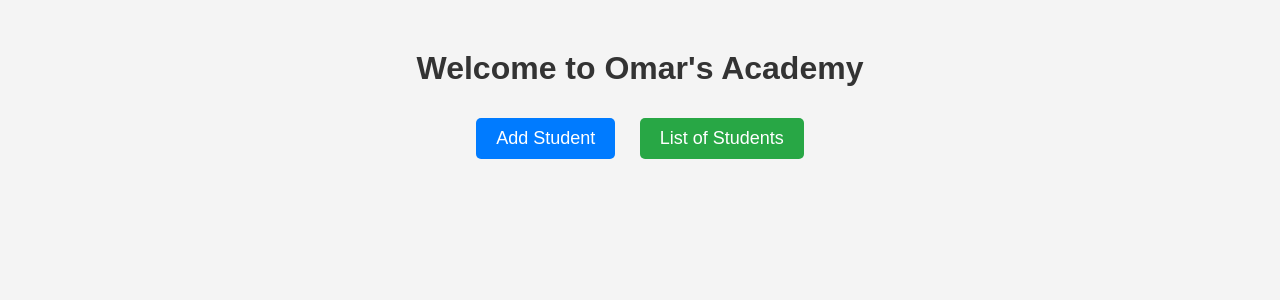
Repository: OmarFaruq97/JspServlet
Page: http://localhost/Form/
The author's editor kept a copy of each file at every save. The page is drawn from the files as they stood at one save, then again after the next save.
The browser window is 1280 px wide. The pictures show the whole page.
The page is served by Tomcat 9.

Above is the page before, as saved 2025-02-07 09:52:28.

After the next save:
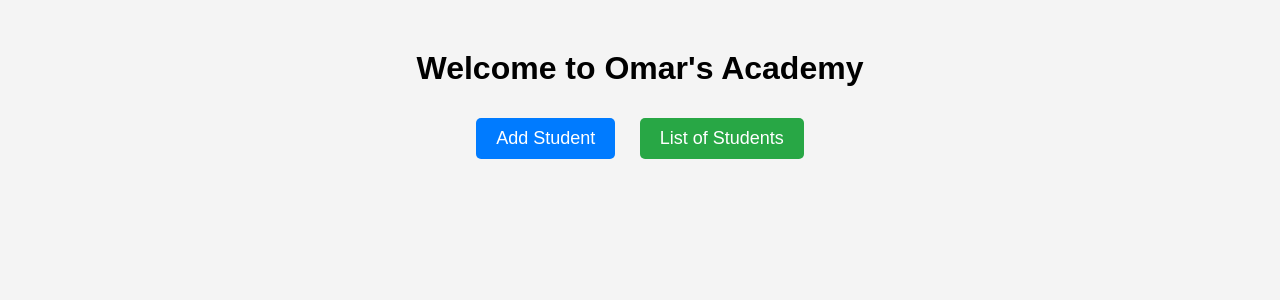
Saved 2 min 42 s later.
--- a/Form/src/main/webapp/index.jsp
+++ b/Form/src/main/webapp/index.jsp
@@ -18,7 +18,7 @@
 }
 
 h1 {
-    color: #333;
+    color: #33553;
 }
 
 .buttons {

After the save that followed:
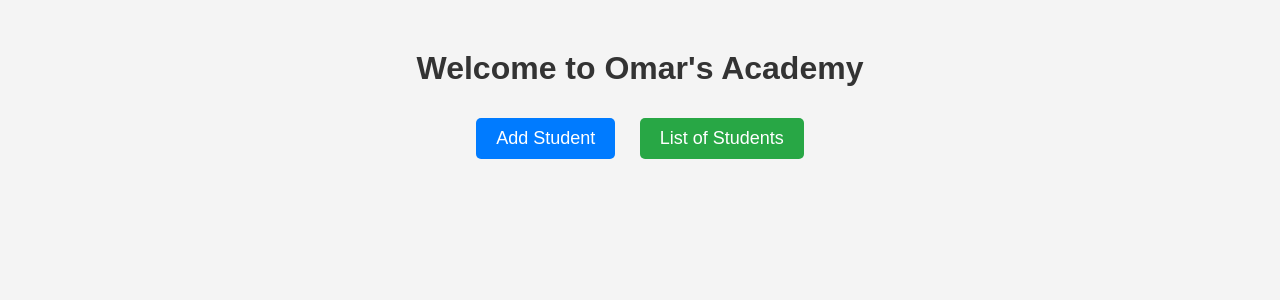
Saved 13 s later.
--- a/Form/src/main/webapp/index.jsp
+++ b/Form/src/main/webapp/index.jsp
@@ -18,7 +18,7 @@
 }
 
 h1 {
-    color: #33553;
+    color: #333;
 }
 
 .buttons {
